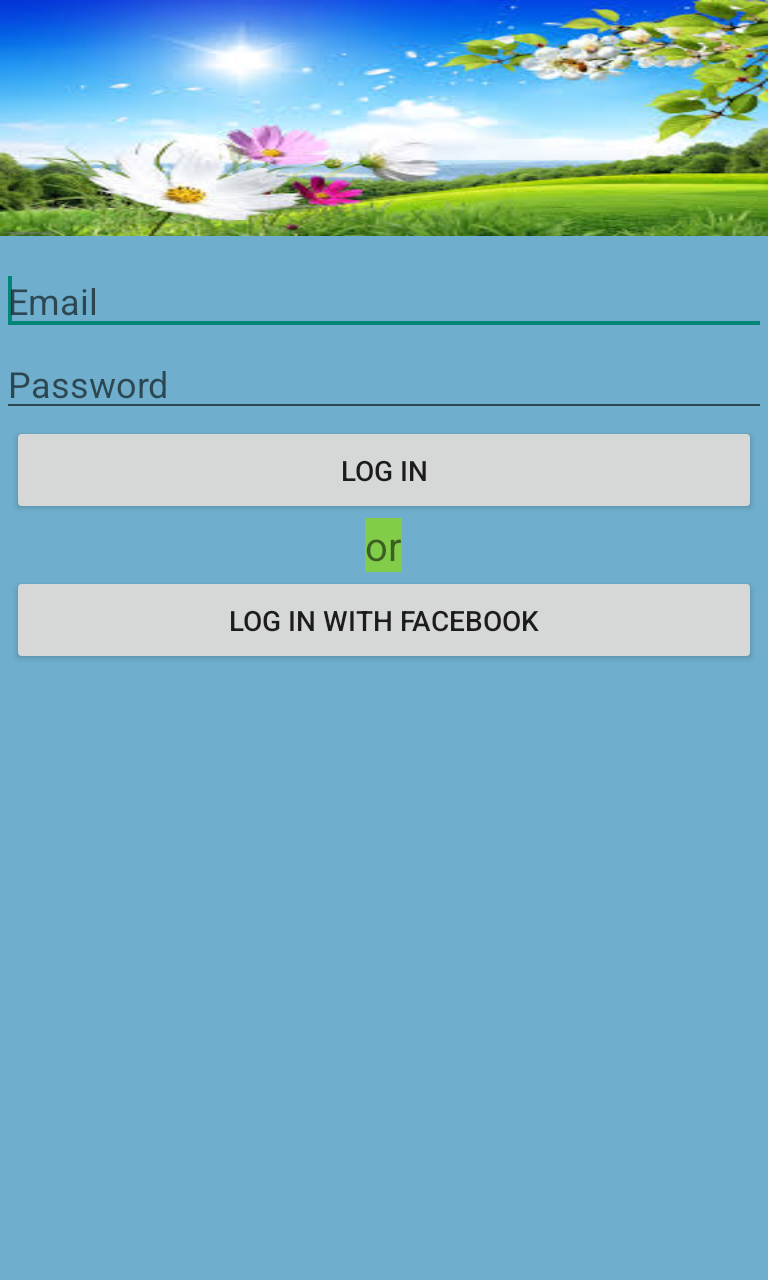
Repository: adarshnair13/my-project
Layout: ash/res/layout/activity_main.xml
The author's editor kept a copy of each file at every save. The layout is drawn from the files as they stood at one save, then again after the next save.
It is drawn on a 768 x 1280 px phone screen (xhdpi) without system bars, with theme AppTheme; the app's code is not run.

Above is the layout before, as saved 2015-02-02 23:03:30.

After the next save:
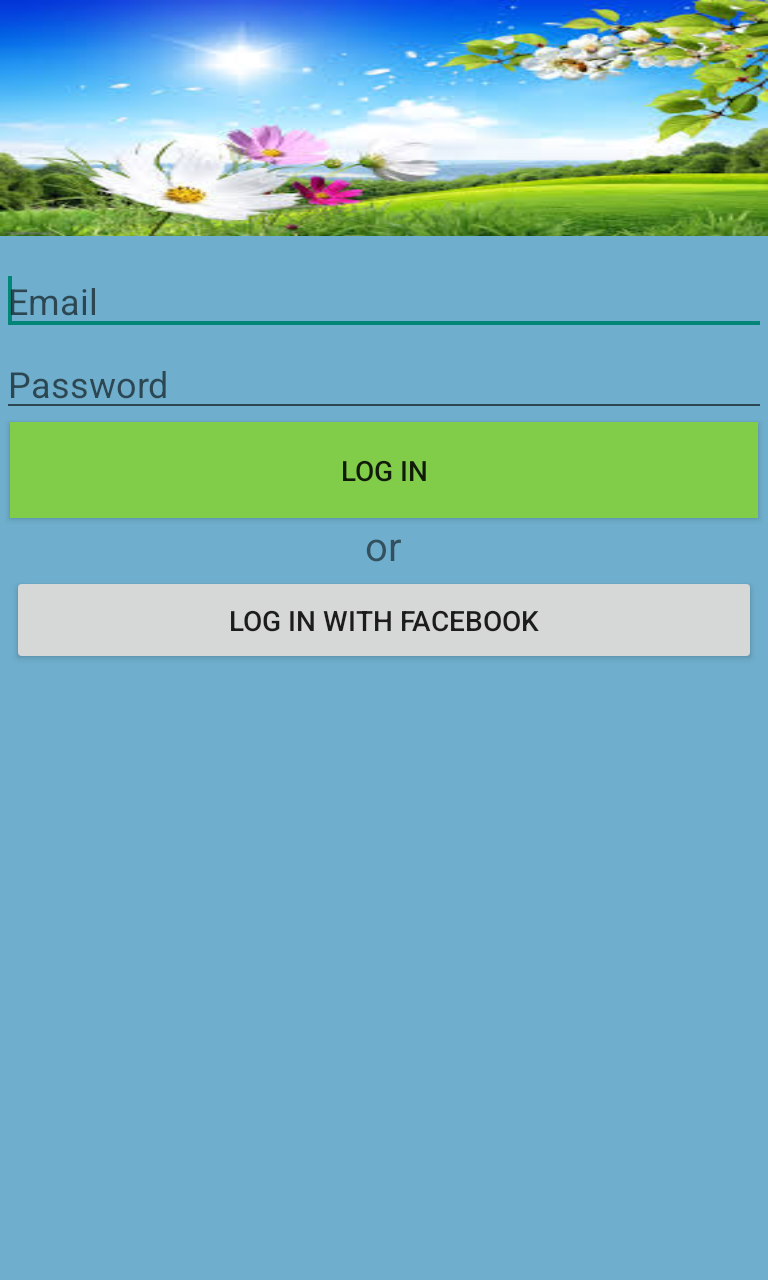
Saved 22 s later.
--- a/ash/res/layout/activity_main.xml
+++ b/ash/res/layout/activity_main.xml
@@ -3,8 +3,8 @@
     android:id="@+id/LinearLayout1"
     android:layout_width="match_parent"
     android:layout_height="match_parent"
+    android:background="#6FAFCD"
     android:orientation="vertical"
-    android:background="#6FAFCD"
     tools:context="com.adarsh.ash.MainActivity" >
 
     <ImageView
@@ -41,11 +41,11 @@
         android:layout_height="wrap_content"
         android:layout_marginLeft="5dp"
         android:layout_marginRight="5dp"
+        android:background="#81CD4A"
         android:text="Log In" />
 
     <TextView
         android:id="@+id/textView1"
-        android:background="#81CD4A"
         android:layout_width="wrap_content"
         android:layout_height="wrap_content"
         android:layout_gravity="center"
